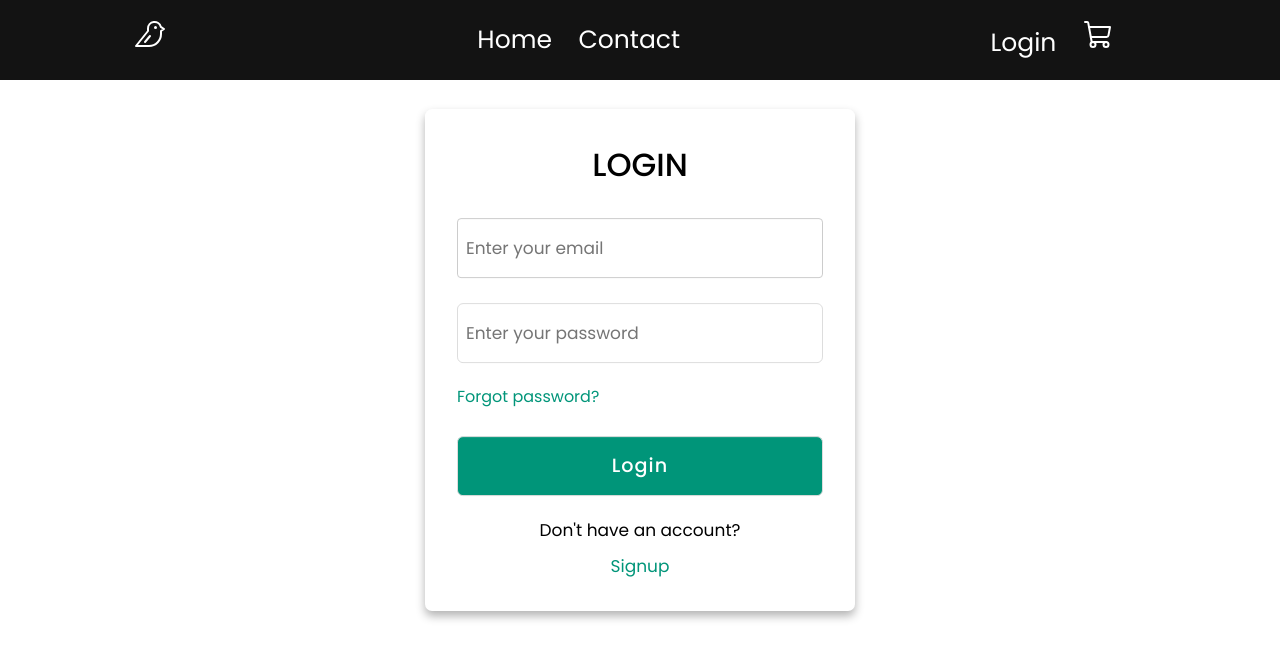
Repository: hoangdanh2/swp301
Page: /register
These files come from the project's save history. The page is drawn as it stood at one moment and after the next save; the edit follows.
The browser window is 1280 px wide. The pictures show the whole page.
The project was rebuilt for these pictures with package versions that can differ from the ones it lists, and the page was loaded fresh each time. Also part of the build but not shown: src/pages/shop/product.jsx, src/pages/shop/shop.css, src/pages/shop/shop.jsx, src/pages/contact/contact.jsx, src/pages/cart/cart-item.jsx, src/pages/cart/cart.css, src/pages/cart/cart.jsx.

Above is the page before, as saved 2023-05-29 10:20:11.

After the next save:
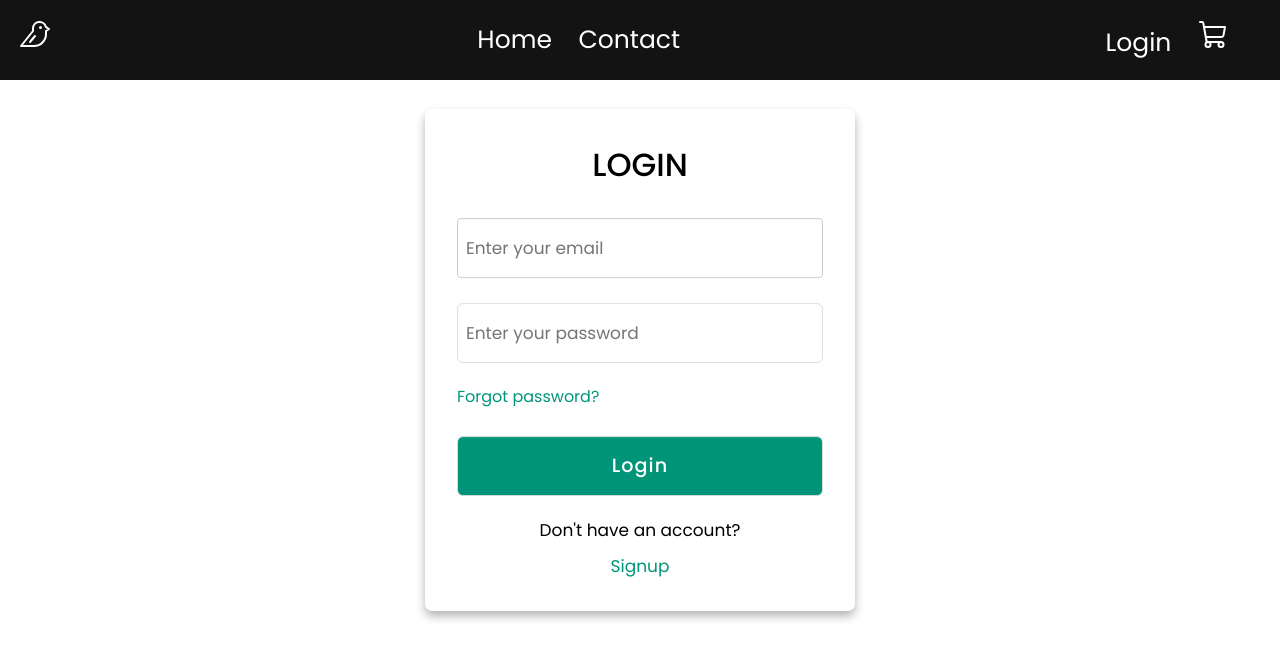
Saved 15 s later.
--- a/src/components/navbar.css
+++ b/src/components/navbar.css
@@ -12,7 +12,7 @@
     display: flex;
     align-items: center;
     justify-content: space-between;
-    width: 1000px;
+    width: 100%;
 }
 
 .links a {
